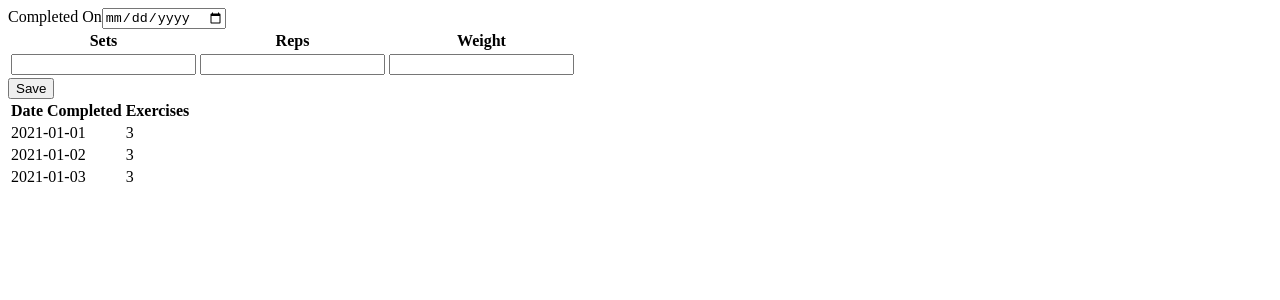
Repository: Kayla-amr/Exercise-Tracking-App
Page: / (app in exerciseTracking/)
These files come from the project's save history. The page is drawn as it stood at one moment and after a run of saves; the edit follows.
The browser window is 1280 px wide. The pictures show the whole page.
The project was rebuilt for these pictures with package versions that can differ from the ones it lists, and the page was loaded fresh each time. Also part of the build but not shown: exerciseTracking/vite.config.ts, exerciseTracking/src/assets/main.css.

Above is the page before, as saved 2023-03-17 13:33:29.

### exerciseTracking/src/main.ts
import { createApp } from 'vue'
import App from './App.vue'

import './assets/main.css'

const app = createApp(App)

app.mount('#app')

### exerciseTracking/src/App.vue
<script setup>
import trackingForm from './components/trackingForm.vue'
import trackingHistory from './components/trackingHistory.vue'
</script>

<template>
    <div id="app">
        <tracking-form />
        <tracking-history :exercises="exercises" />

    </div>
</template>

<script>
export default{
    name: 'app',
    components: {
        trackingForm,
        trackingHistory
    },
    data() {
        return {
            exercises: [
              {
                id: 1,
                date: '2021-01-01',
                sets: '3',
                reps: '10',
                weight: '30'
              },
              {
                id: 2,
                date: '2021-01-02',
                sets: '3',
                reps: '10',
                weight: '30'
              },
              {
                id: 3,
                date: '2021-01-03',
                sets: '3',
                reps: '10',
                weight: '30'
              }
            ]
        }
    }
}
</script>

### exerciseTracking/src/components/trackingForm.vue
<template>
    <div id="tracking-form">
        <form @submit.prevent="handleSubmit">
            <label for="date">Completed On</label>
            <input type="date" v-model="date">
            <table>
                <thead>
                    <tr>
                        <th>Sets</th>
                        <th>Reps</th>
                        <th>Weight</th>
                    </tr>
                </thead>
                <tbody>
                    <tr>
                        <td><input type="text" v-model="sets"></td>
                        <td><input type="number" v-model="reps"></td>
                        <td><input type="number" v-model="weight"></td>
                    </tr>
                </tbody>
            </table>
            <button type="submit">Save</button>
        </form>
    </div>
</template>


<script>
export default {
    name: 'tracking-form',
    data() {
        return {
            exercises: {
                date: '',
                sets: '',
                reps: '',
                weight: ''
            }
        }
    }
}
</script>

### exerciseTracking/src/components/trackingHistory.vue
<template>
    <div id="tracking-history">
        <table>
            <thead>
                <tr>
                    <th>Date Completed</th>
                    <th>Exercises</th>
                </tr>
            </thead>
            <tbody>
                <tr v-for="exercise in exercises" :key="exercise.id">
                    <td>{{ exercise.date }}</td>
                    <td>{{ exercise.sets }}</td>
                </tr>
            </tbody>
        </table>
    </div>
</template>

<script>
export default{
    name: 'tracking-history',
    props: {
        exercises: {
            type: Array
        }
    }
}
</script>

Loaded but not shown: exerciseTracking/index.html (common file)

After the next 2 saves:
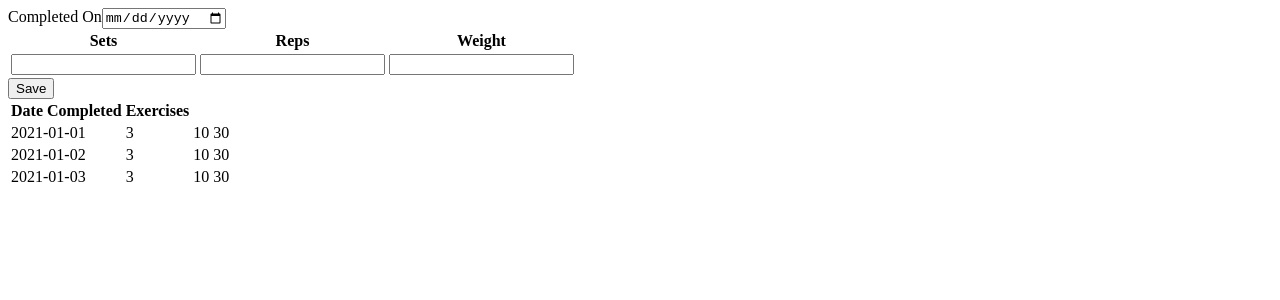
The 2 saves are shown as one change because they came seconds apart.
The last was saved 8 s later.
--- a/exerciseTracking/src/components/trackingHistory.vue
+++ b/exerciseTracking/src/components/trackingHistory.vue
@@ -11,6 +11,8 @@
                 <tr v-for="exercise in exercises" :key="exercise.id">
                     <td>{{ exercise.date }}</td>
                     <td>{{ exercise.sets }}</td>
+                    <td>{{ exercise.reps }}</td>
+                    <td>{{ exercise.weight }}</td>
                 </tr>
             </tbody>
         </table>
